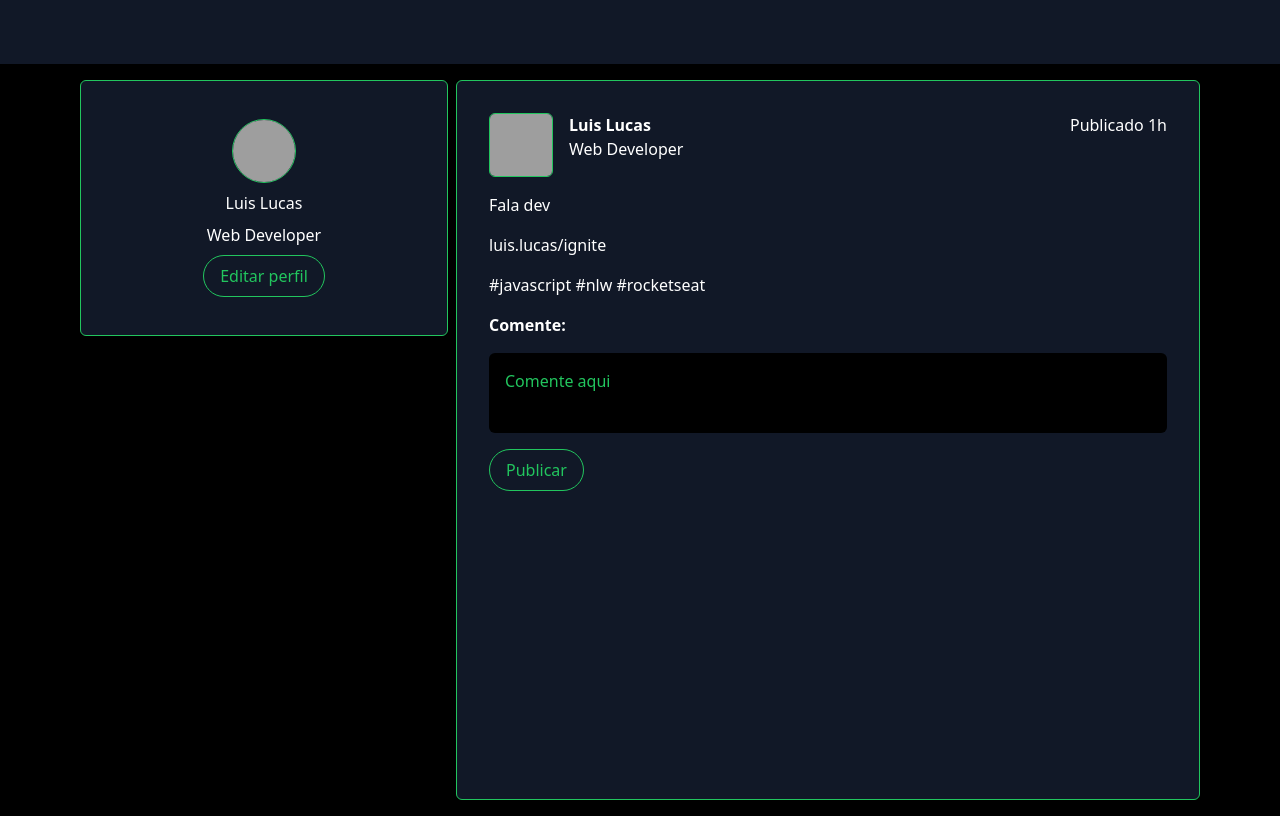
Repository: LuisSempre/ignite-feed
Page: /
The author's editor kept a copy of each file at every save. The page is drawn from the files as they stood at one save, then again after the next save.
The browser window is 1280 px wide. The pictures show the whole page.
Pictures or frames that could not be fetched are drawn as grey boxes. The project was rebuilt for these pictures with package versions that can differ from the ones it lists, and the page was loaded fresh each time. Also part of the build but not shown: vite.config.js.

Above is the page before, as saved 2022-07-14 00:05:09.

### src/App.jsx
import { Header } from "./Components/Header"
import { Sidebar } from "./Components/Sidebar"
import { Post } from "./Components/Post"
function App() {
  return (
    <div>
      <Header />
      <div className="max-w-6xl mx-auto p-4 grid grid-cols-3 gap-2 items-start">
        <Sidebar />
        <div className="col-span-2">
         <Post />
        </div>
      </div>
    </div>
  );
}

export default App;

### src/index.css
@tailwind base;
@tailwind components;
@tailwind utilities;

body {
    @apply bg-black text-white;
}

### src/Components/Header.jsx
export function Header() {
  return (
    <div className="flex items-center justify-center h-16 bg-gray-900 mx-auto w-full">
      <h1 className="font-bold text-transparent">Ignite Feed</h1>
    </div>
  )
}

### src/Components/Sidebar.jsx
export function Sidebar() {
  return (
    <div className="rounded-md bg-gray-900 justify-center items-center flex flex-col text-center h-64 space-y-2  border border-green-500">
        <img
          className="w-16 h-16 rounded-full overflow-hidden object-cover border border-green-500"
          src="https://avatars.githubusercontent.com/u/32404639?v=4"
          alt=""
        />
        <h1>Luis Lucas</h1>
        <span>Web Developer</span>
        <a
          href=""
          className="border border-green-500 px-4 py-2 rounded-full text-green-500"
        >
          Editar perfil
        </a>
    </div>
  );
}

### src/Components/Post.jsx
export function Post() {
  return (
    <div className=" bg-gray-900 rounded-md h-screen space-y-4 p-8 border border-green-500">
      <div className="flex justify-between ">
        <div className="flex gap-4">
          <img
            className="h-16 w-16 border border-green-500 rounded-md"
            src="https://github.com/luissempre.png"
            alt=""
          />
          <div className="flex flex-col">
            <strong>Luis Lucas </strong>
            <span>Web Developer</span>
          </div>
        </div>
        <div>
          <time dataTime="2022-05-11 08:13:00">Publicado 1h</time>
        </div>
      </div>
      <div className="space-y-4">
        <p>Fala dev</p>
        <p>luis.lucas/ignite</p>
        <p>#javascript #nlw #rocketseat</p>
      </div>

      <form className="flex flex-col justify-start items-start space-y-4">
        <strong>Comente:</strong>
        <textarea
          className="w-full rounded-md bg-black placeholder-green-500 p-4 resize-none focus:-green-500"
          placeholder="Comente aqui"
        />
          <button
            type="submit"
            className="border border-green-500 rounded-full px-4 py-2 text-green-500"
          >
            Publicar
          </button>
      </form>
    </div>
  );
}

Loaded but not shown: index.html (common file); src/main.jsx (common file); tailwind.config.js (common file)

After the next save:
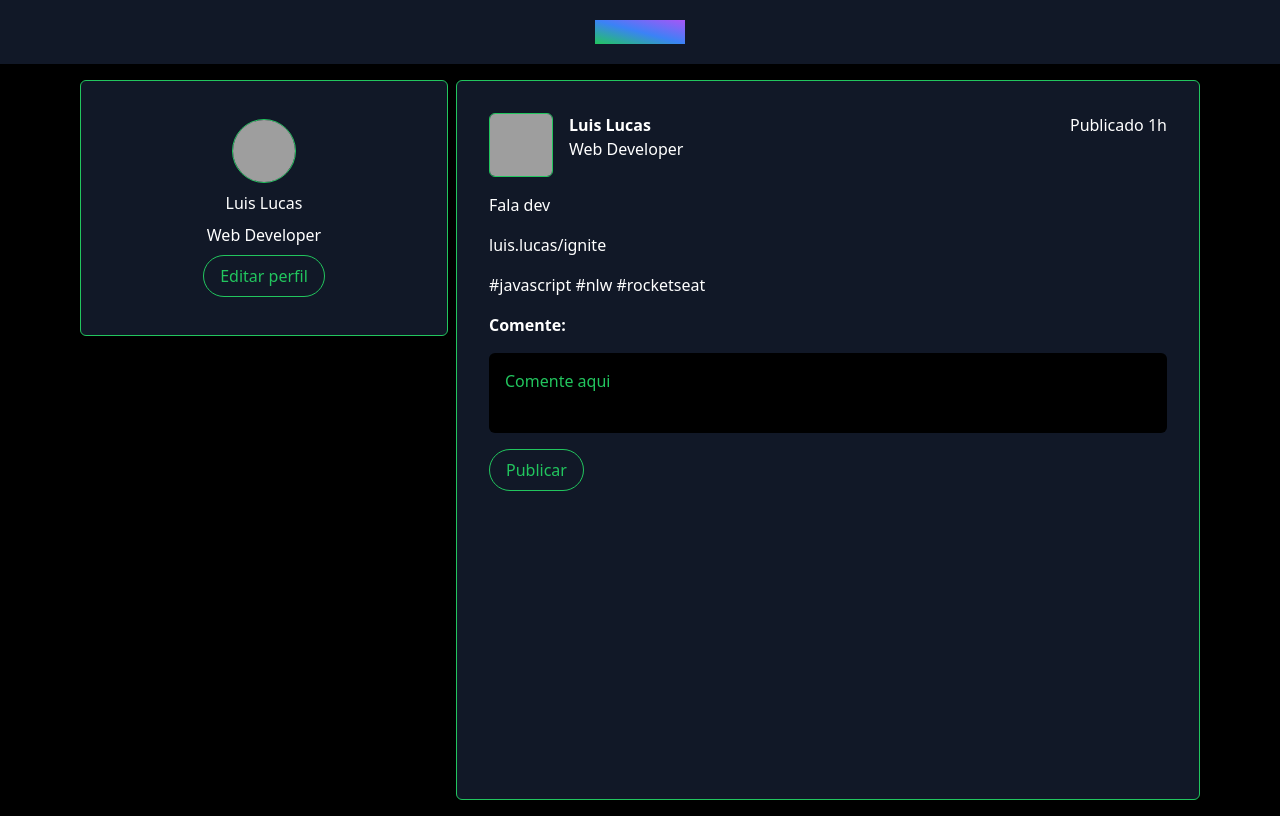
Saved 118 s later.
--- a/src/Components/Header.jsx
+++ b/src/Components/Header.jsx
@@ -1,7 +1,7 @@
 export function Header() {
   return (
     <div className="flex items-center justify-center h-16 bg-gray-900 mx-auto w-full">
-      <h1 className="font-bold text-transparent">Ignite Feed</h1>
+      <h1 className="font-bold text-transparent bg-gradient-to-tr from-green-500 to-purple-500 via-blue-500">Ignite Feed</h1>
     </div>
   )
 }
